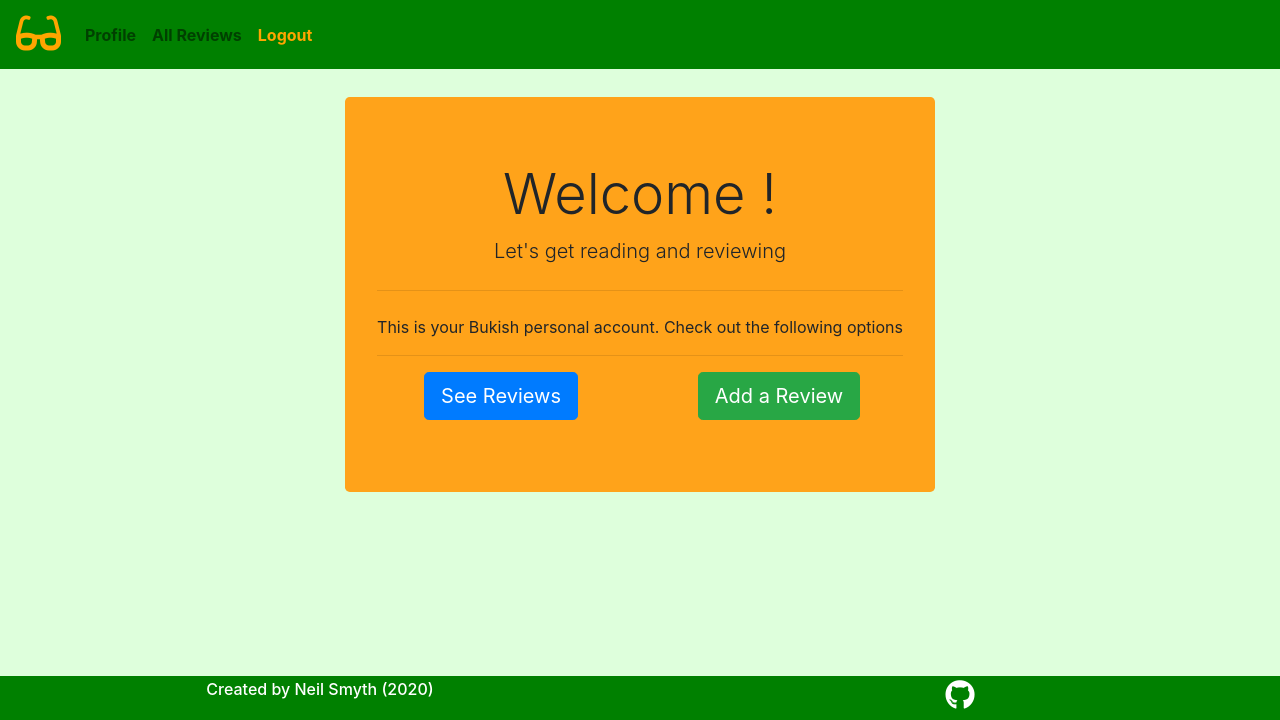
Repository: NeiloErnesto89/Data_Centric_Dev_Milestone_Project3
Page: templates/bio.html
The author's editor kept a record of every edit. The page is drawn from the files as they stood at one moment, then again after the next edit.
The browser window is 1280 px wide. The pictures show the whole page.
Some web libraries are served in a nearby version. The template is drawn by Flask 3. The application's start-up code is not run. Other server files are loaded and not shown. The template is opened directly, without the code that normally fills it, so the values that code supplies are empty.

Above is the page before.

### templates/bio.html
{% extends 'base.html' %}

<!--NavBar with Burger Icon-->
{% block navbar %}
<header class="nav-container">
    <nav class="navbar navbar-expand-lg navbar-light mb-1 text-center fixed-top">
        <a class="navbar-brand" data-target="#modalPopUp" data-toggle="modal"><i class="fas fa-glasses" style="font-size:40px;color:orange;"></i></a>
        <button class="navbar-toggler" type="button" data-toggle="collapse" data-target="#navbarTogglerDemo02" aria-controls="navbarTogglerDemo02" aria-expanded="false" aria-label="Toggle navigation">
                                <span class="navbar-toggler-icon"></span>
                              </button>
        <div class="collapse navbar-collapse" id="navbarTogglerDemo02">
            <ul class="navbar-nav mr-auto mt-0 mt-lg-0">

                {% if user.username == None %}
                <li class="nav-item">
                    <a class="nav-link" href="{{ url_for('index') }}"><b>Home</b></a>
                </li>
                <li class="nav-item">
                    <a class="nav-link" href="{{ url_for('signup') }}"><b>Sign Up</b></a>
                </li>
                <li class="nav-item">
                    <a class="nav-link" href="{{ url_for('login') }}"><b>Login</b></a>
                </li>

                {% else %}
                <li class="nav-item">
                    <a class="nav-link" href="{{ url_for('bio') }}"><b>Profile</b></a>
                </li>
                <li class="nav-item">
                    <a class="nav-link" href="{{ url_for('all_reviews') }}"><b>All Reviews</b></a>
                </li>
                <li class="nav-item">
                    <a class="nav-link" style="color:orange;" href="{{ url_for('logout') }}"><b>Logout</b></a>
                </li>
                {% endif %}


            </ul>
        </div>
    </nav>
</header>
{% endblock navbar %} {% block content %}
<div class="container-fluid">
    <div class="row justify-content-center">
        <div class="jumbotron text-center mt-3">
            <h1 class="display-4">Welcome {{ user.username }} !</h1>
            <p class="lead">
                Let's get reading and reviewing
            </p>
            <hr class="my-4">
            <p>This is your Bukish personal account. Check out the following options</p>
            <hr>
            <div class="row">
                <div class="col-sm-6">

                    <div class="text-center mb-2">
                        <a class="btn btn-primary btn-lg" href="{{ url_for('all_reviews') }}" role="button">See Reviews </a>
                    </div>
                </div>

                <div class="col-sm-6">
                    <div class="text-center mb-2">
                        <a class="btn btn-success btn-lg" href="{{ url_for('review_page') }}" role="button">Add a Review </a>
                    </div>
                </div>
            </div>

            <!--
            <hr>
            <div class="text-center">
                <a class="btn btn-danger btn-lg" href="{{ url_for('logout') }}" role="button">Logout! </a>
            </div>
            -->
        </div>

    </div>
</div>
{% endblock %}

### templates/base.html
<!DOCTYPE html>
<html lang="en">

<head>
    <meta charset="UTF-8">
    <meta name="viewport" content="width=device-width, initial-scale=1.0">
    <meta http-equiv="X-UA-Compatible" content="ie=edge">

    <title>Book Reviews</title>

    <!-- Bootstrap -->
    <link rel="stylesheet" href="https://stackpath.bootstrapcdn.com/bootstrap/4.3.1/css/bootstrap.min.css" integrity="sha384-ggOyR0iXCbMQv3Xipma34MD+dH/1fQ784/j6cY/iJTQUOhcWr7x9JvoRxT2MZw1T" crossorigin="anonymous">

    <!-- Google Font-->

    <link href="https://fonts.googleapis.com/css?family=Montserrat:400,700" rel="stylesheet">

    <!-- Font Awesome-->

    <link rel="stylesheet" href="https://use.fontawesome.com/releases/v5.7.2/css/all.css" integrity="sha384-fnmOCqbTlWIlj8LyTjo7mOUStjsKC4pOpQbqyi7RrhN7udi9RwhKkMHpvLbHG9Sr" crossorigin="anonymous">

    <link rel="stylesheet" href="https://cdnjs.cloudflare.com/ajax/libs/font-awesome/4.7.0/css/font-awesome.min.css">

    <!-- CSS -->

    <link rel="stylesheet" href="{{url_for('static', filename='css/style.css')}}" type="text/css" />


</head>

<body>

<div class="cover-container d-flex mx-auto flex-column">

            <!--NavBar with Burger Icon-->
        {% block navbar %}
        <header class="nav-container">
            <nav class="navbar navbar-expand-lg navbar-light mb-1 text-center fixed-top">
                <a class="navbar-brand" href="{{ url_for('index') }}" data-target="#modalPopUp" data-toggle="modal"><i class="fas fa-glasses" style="font-size:40px;color:orange;"></i></a>
                <button class="navbar-toggler" type="button" data-toggle="collapse" data-target="#navbarTogglerDemo02" aria-controls="navbarTogglerDemo02" aria-expanded="false" aria-label="Toggle navigation">
                                <span class="navbar-toggler-icon"></span>
                              </button>
                <div class="collapse navbar-collapse" id="navbarTogglerDemo02">
                    <ul class="navbar-nav mr-auto mt-0 mt-lg-0">


                        <li class="nav-item">
                            <a class="nav-link" href="{{ url_for('index') }}"><b>Home</b></a>
                        </li>
                        <li class="nav-item">
                            <a class="nav-link" href="{{ url_for('signup') }}"><b>Sign Up</b></a>
                        </li>
                        <li class="nav-item">
                            <a class="nav-link" href="{{ url_for('login') }}"><b>Login</b></a>
                        </li>

                    </ul>
                </div>
            </nav>
        </header>
        {% endblock navbar %}


					<div id="messages">
						{% with messages = get_flashed_messages() %}
						{% if messages %}
						{% for message in messages %}
						<p class="text-center">{{ message }}</p>
						{% endfor %}
						{% endif %}
						{% endwith %}
					</div>

        <hr>

    <div class="container mt-5 mb-5">
            {% block content %}
            {% endblock %}
    </div>

    <hr>

        <!--FOOTER -->

        <div class="footer container-fluid">
            <div class="row justify-content-center">
                <div class="text-center col-xs-12 col-sm-6 mt-1 mb-2">

                    <h6>Created by Neil Smyth (2020)</h6>

                </div>
                <div class="text-center col-xs-12 col-sm-6 mt-1 mb-2">

                    <a href="https://github.com/NeiloErnesto89" target="_blank "><i class="fab fa-github" style="font-size:30px; color:white; "></i></a>

                </div>
            </div>
        </div> <!-- footer container-->

</div>    <!--Cover Container -->

    <!-- JQuery -->
    <script src="https://cdnjs.cloudflare.com/ajax/libs/jquery/3.2.1/jquery.min.js"></script>

    <!-- Bootstrap JS-->

    <script src="https://code.jquery.com/jquery-3.3.1.slim.min.js" integrity="sha384-q8i/X+965DzO0rT7abK41JStQIAqVgRVzpbzo5smXKp4YfRvH+8abtTE1Pi6jizo" crossorigin="anonymous"></script>
    <script src="https://cdnjs.cloudflare.com/ajax/libs/popper.js/1.14.7/umd/popper.min.js" integrity="sha384-UO2eT0CpHqdSJQ6hJty5KVphtPhzWj9WO1clHTMGa3JDZwrnQq4sF86dIHNDz0W1" crossorigin="anonymous"></script>
    <script src="https://stackpath.bootstrapcdn.com/bootstrap/4.3.1/js/bootstrap.min.js" integrity="sha384-JjSmVgyd0p3pXB1rRibZUAYoIIy6OrQ6VrjIEaFf/nJGzIxFDsf4x0xIM+B07jRM" crossorigin="anonymous"></script>

    <!-- JS File -->

    <script src="{{url_for('static', filename='js/script.js')}}"></script>


    <!--  <script type="text/javascript">
        $(document).ready(function() {
            $('.collapsible').collapsible();
        });
    </script>  -->
</body>

</html>

### static/css/style.css
body {
  background-color: #DEFFDC;
  display: flex;
  /* margin: 0; */
}

.cover-container1 {

  background: url("../images/libs.jpg") no-repeat center center fixed;


}

/*.cover-container {
  min-height: 100vh;
  padding-top: 70px;
  background-size: cover;
  align-items: center;
  justify-content: center;
  position: relative;
  overflow-x: hidden;
*/

/*.nav-container {
    position: fixed;
    width: 100%;
    z-index: 1;
    top: 0;
    left: 0;
    padding-left: 0;
    padding-right: 0;
    margin-left: 0;
    margin-right: 0;
  } */

.navbar {
  background-color: green;
}

.jumbotron {
  background-color: #ffa31a;
  margin-right: 3rem;
  margin-left: 3rem;
}

/* Paginate Button on All Reviews.html (taken from w3 schools*/

.paginate {
  display: inline-block;
}

.paginate a {
  color: black;
  float: left;
  padding: 8px 16px;
  text-decoration: none;
  margin: 15px;
}

.paginate a.active {
  background-color: #4CAF50;
  color: white;
  border-radius: 5px;
}

.paginate a:hover:not(.active) {
  background-color: #ddd;
  border-radius: 5px;
}

/* all_reviews.html - book review cards*/

.card {
  margin: 5px;
  box-shadow: 0 4px 8px 0 rgba(0, 0, 0, 0.2)
  /*border: 8px solid rgb(5, 187, 5);
  border-radius: 3rem; */
}

/* Card Image */

.book_image {
  background-color: white;
  box-shadow: 0 4px 8px 0 rgba(0, 0, 0, 0.2), 0 6px 20px 0 rgba(0, 0, 0, 0.19);
  max-width: 100%;
  height: 28rem;

}

/*
  .card-img-top {
    width: 100%;
    height: 15vw;
    object-fit: cover;
}
  */

/* MODAL */

.modal {
  color: black;
  background-color: rgb(204, 255, 204, 0.8);
}

.modal-header {

  background-color: rgb(204, 255, 204);
  opacity: 0.8;

}

.modal-title {
  font-size: 34px;
  font-weight: bold;
  text-align: center;
  /*margin-left: 45px; */
  padding: 5px;
  /*text-decoration: underline;*/
}


.modal-body {
  font-size: 15px;
  font-weight: bold;
  color: white;
  background-color: rgb(0, 153, 51);
  opacity: 0.8;
  text-align: center;
}

.modal-footer {
  background-color: rgb(204, 255, 204);
  opacity: 0.8;
}

.modal-header .close {
  margin: -10px;
}

/*

#logout_button {
  color: #3d7a59;
  font-weight: 700;
  font-size: 17px;
  margin: 5px;
  padding: 5px;
  position: fixed;
  bottom: 7px;
  right: 2px;
  z-index: 1;
  opacity: 0.9;
} */

.footer {
  position: fixed;
  left: 0;
  bottom: 0;
  width: 100%;
  background-color: green;
  color: white;
  text-align: center;
}

### static/js/script.js
/*$(document).ready(function() {

    $('#popUpModal').modal('show');
}); */

$(function () {
  $('[data-toggle="tooltip"]').tooltip()
})

After the next edit:
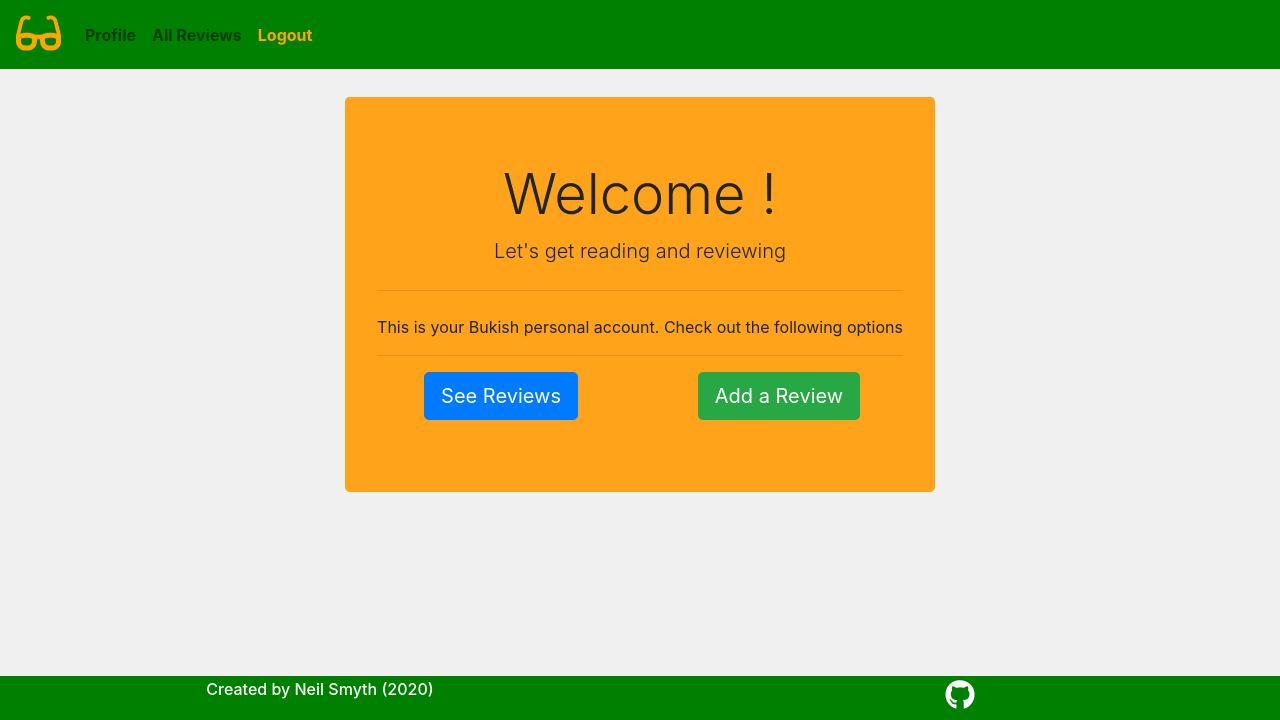
The edit:
--- a/static/css/style.css
+++ b/static/css/style.css
@@ -1,5 +1,5 @@
 body {
-  background-color: #DEFFDC;
+  background-color: #F0F0F0;
   display: flex;
   /* margin: 0; */
 }
